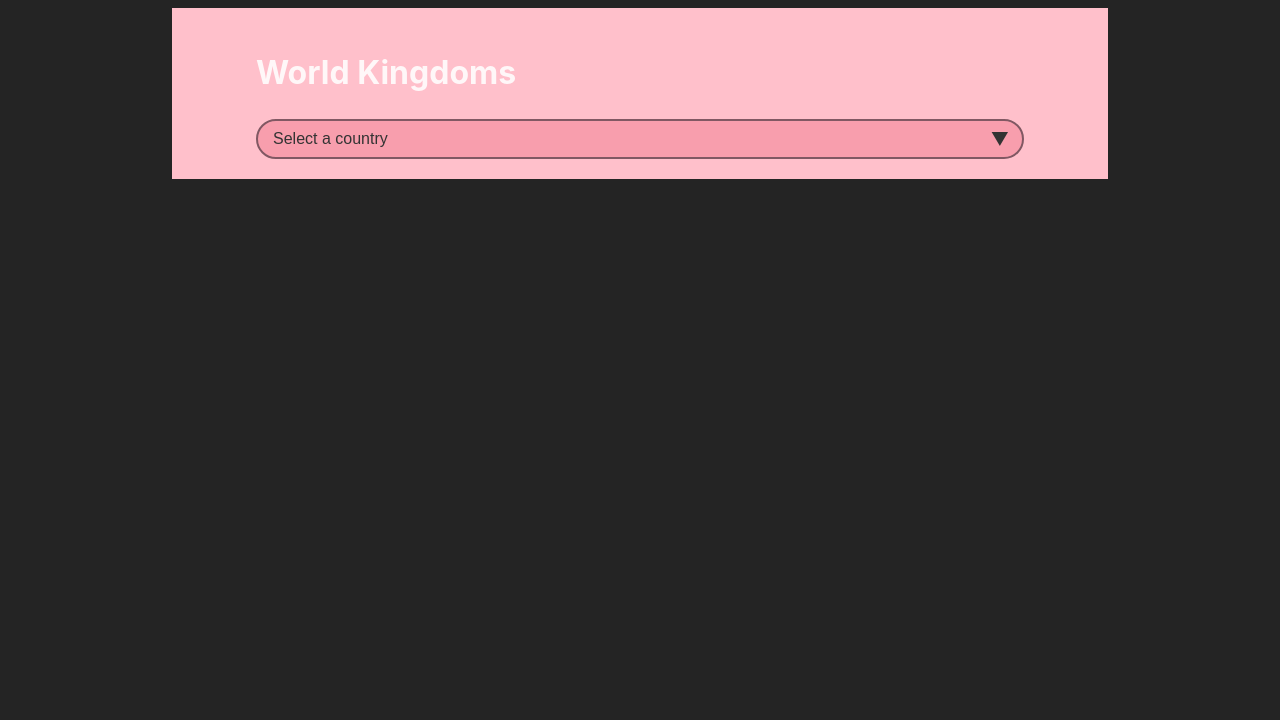
Repository: MonicaNguyenH/Lab-7_Frontend
Page: /countries
The author's editor kept a copy of each file at every save. The page is drawn from the files as they stood at one save, then again after the next save.
The browser window is 1280 px wide. The pictures show the whole page.
The page's requests for data from a server got no answer. The project was rebuilt for these pictures with package versions that can differ from the ones it lists, and the page was loaded fresh each time. No one was signed in, and anything a server would have sent is missing. Also part of the build but not shown: vite.config.js, src/Details.jsx.

Above is the page before, as saved 2024-11-18 17:53:45.

### src/main.jsx
import React from 'react';
import ReactDOM from 'react-dom/client';
import App from './App';
import './index.css'; // Import your global CSS styles

ReactDOM.createRoot(document.getElementById('root')).render(
  <React.StrictMode>
    <App />
  </React.StrictMode>
);

### src/App.jsx
import { BrowserRouter as Router, Routes, Route } from 'react-router-dom';
import Countries from './Contries';
import Details from './Details';

export default function App() {
  return (
    <div className="container">
      <Router>
      <Routes>
        <Route path="/" element={<h1>Landing Page</h1>} />
        <Route path="/countries" element={<Countries />} />
        <Route path="countries/:cca2" element={<Details />} />
      </Routes>
    </Router>
  </div>
  );
}

### src/index.css
:root {
  font-family: Inter, system-ui, Avenir, Helvetica, Arial, sans-serif;
  line-height: 1.5;
  font-weight: 400;

  color-scheme: light dark;
  color: rgba(255, 255, 255, 0.87);
  background-color: #242424;

  font-synthesis: none;
  text-rendering: optimizeLegibility;
  -webkit-font-smoothing: antialiased;
  -moz-osx-font-smoothing: grayscale;
}

.container {
  width: 70vw;
  margin: auto;
  background-color: pink;
  display: flex;
  justify-content: center;
  flex-direction: column;
  padding: 20px;
}

.box {
  display: flex;
  justify-content: center;
  flex-direction: column;
  position: relative; /* To position the custom arrow inside the select */
  width: 60vw; /* Matches the width of the select */
  margin: auto;
}

select {
  appearance: none; /* Remove default dropdown arrow */
  -webkit-appearance: none; /* Safari support */
  -moz-appearance: none; /* Firefox support */
  background-color: rgb(248, 158, 173); /* Background color */
  border: 2px solid #815863; /* Border color */
  border-radius: 20px; /* Rounded corners */
  padding: 5px; /* Padding inside the dropdown */
  font-size: 16px; /* Font size */
  color: #333; /* Font color */
  width: 60vw; /* Width of the dropdown */
  height: 40px;
  cursor: pointer; /* Change cursor to pointer */
  margin: auto;
  align-items: center;
  padding-left: 15px;
}

.box::after {
  content: "▼"; /* Custom dropdown arrow */
  position: absolute;
  right: 15px; /* Position arrow to the right */
  top: 85%; /* Center vertically */
  transform: translateY(-50%); /* Adjust for perfect centering */
  pointer-events: none; /* Make sure the arrow does not block clicks */
  color: #333; /* Arrow color */
  font-size: 18px; /* Adjust arrow size */
}

select:focus {
  outline: none; /* Remove default focus outline */
  border-color: #b03866; /* Focus border color */
  box-shadow: 0 0 5px rgba(0, 123, 255, 0.5); /* Optional focus shadow */
}

option {
  font-size: 16px;
}

### src/Contries.jsx
import { useState, useEffect } from "react";
import { useNavigate, Outlet } from "react-router-dom";

export default function Countries() {
  const [countries, setCountries] = useState([]);
  const [selectedCountry, setSelectedCountry] = useState("");
  const navigate = useNavigate();

  useEffect(() => {
    fetch("https://restcountries.com/v3.1/name/kingdom")
      .then((response) => {
        if (!response.ok) {
          throw new Error("Network response was not ok");
        }
        return response.json();
      })
      .then((data) => setCountries(data))
      .catch((error) => console.error("Error fetching countries:", error));
  }, []);

  const handleCountrySelect = (e) => {
    const value = e.target.value;

    // Handle navigation based on selection
    if (value === "") {
      navigate("/countries"); // Navigate to /countries page
    } else {
      const selected = countries.find((country) => country.cca2 === value);
      if (selected) {
        setSelectedCountry(selected);
        navigate(`/countries/${selected.cca2}`, { state: { data: selected } });
      }
    }
  };

  return (
    <div className="box">
      <h1 className="Title">World Kingdoms</h1>
      <select onChange={handleCountrySelect} value={selectedCountry?.cca2 || ""}>
        {/* Default option to navigate to /countries */}
        <option value="">Select a country</option>
        {/* Dynamically populate dropdown with country data */}
        {countries.map((country) => (
          <option key={country.cca2} value={country.cca2}>
            {country.name.common}
          </option>
        ))}
      </select>
      <Outlet />
    </div>
  );
}

Loaded but not shown: index.html (common file)

After the next save:
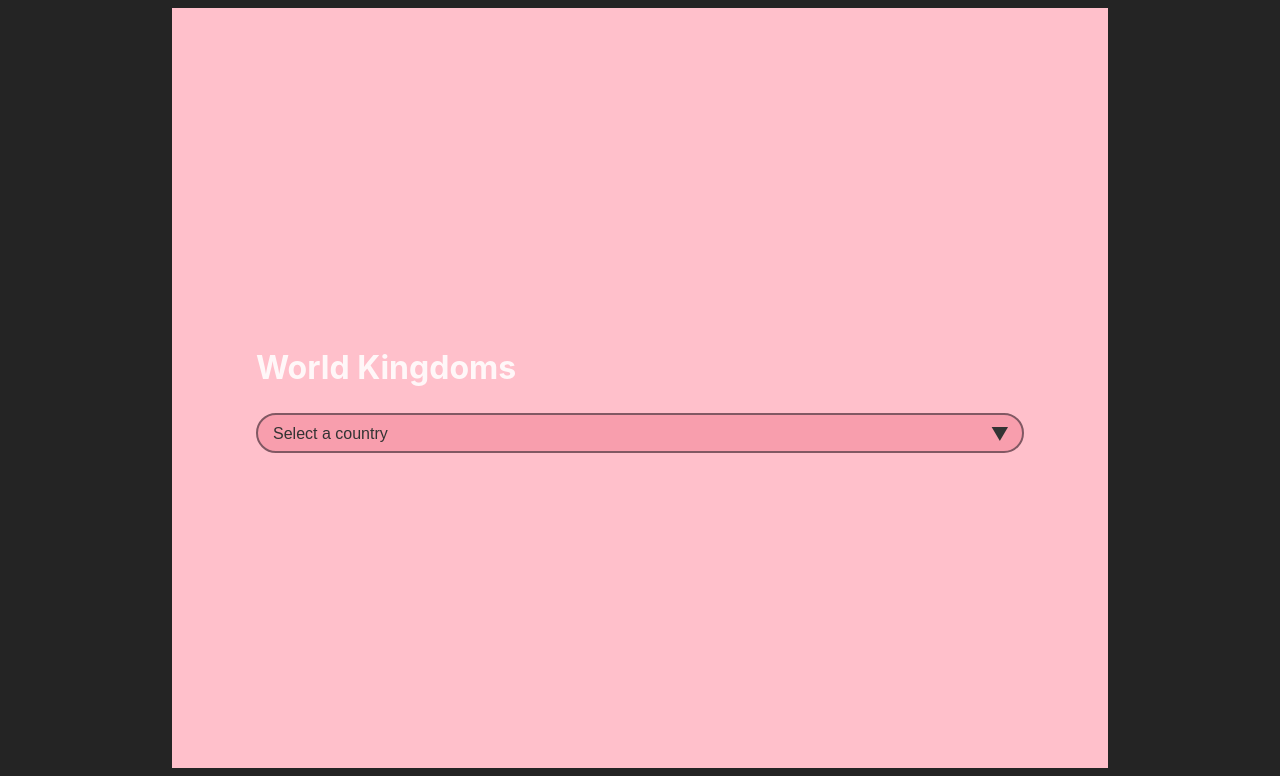
Saved 19 s later.
--- a/src/index.css
+++ b/src/index.css
@@ -15,6 +15,7 @@
 
 .container {
   width: 70vw;
+  min-height: 100vh;
   margin: auto;
   background-color: pink;
   display: flex;
